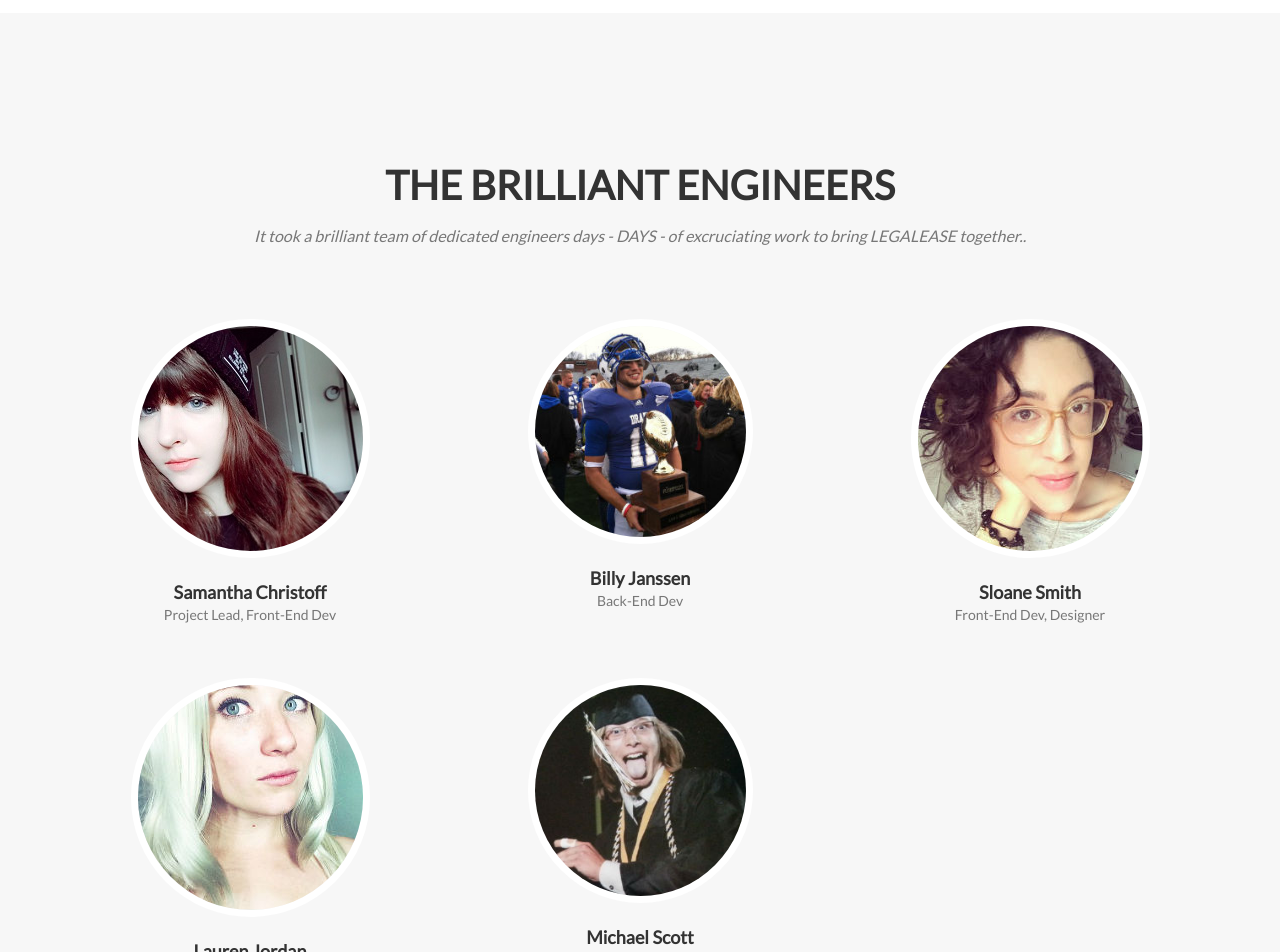
Repository: originalphoenix/LegalWeapon4
Page: index.html
The author's editor kept a record of every edit. The page is drawn from the files as they stood at one moment, then again after the next edit.
The browser window is 1280 px wide. The pictures show the part of the page from y = 3362 to 4314 px (the page is 5201 px tall).
A picture or video elsewhere on the page could not be fetched, so the positions and the page height are approximate. Some web fonts or font styles are not loaded; a fallback is used. Some web libraries are served in a nearby version.

Above is the page before.

After the next edit:
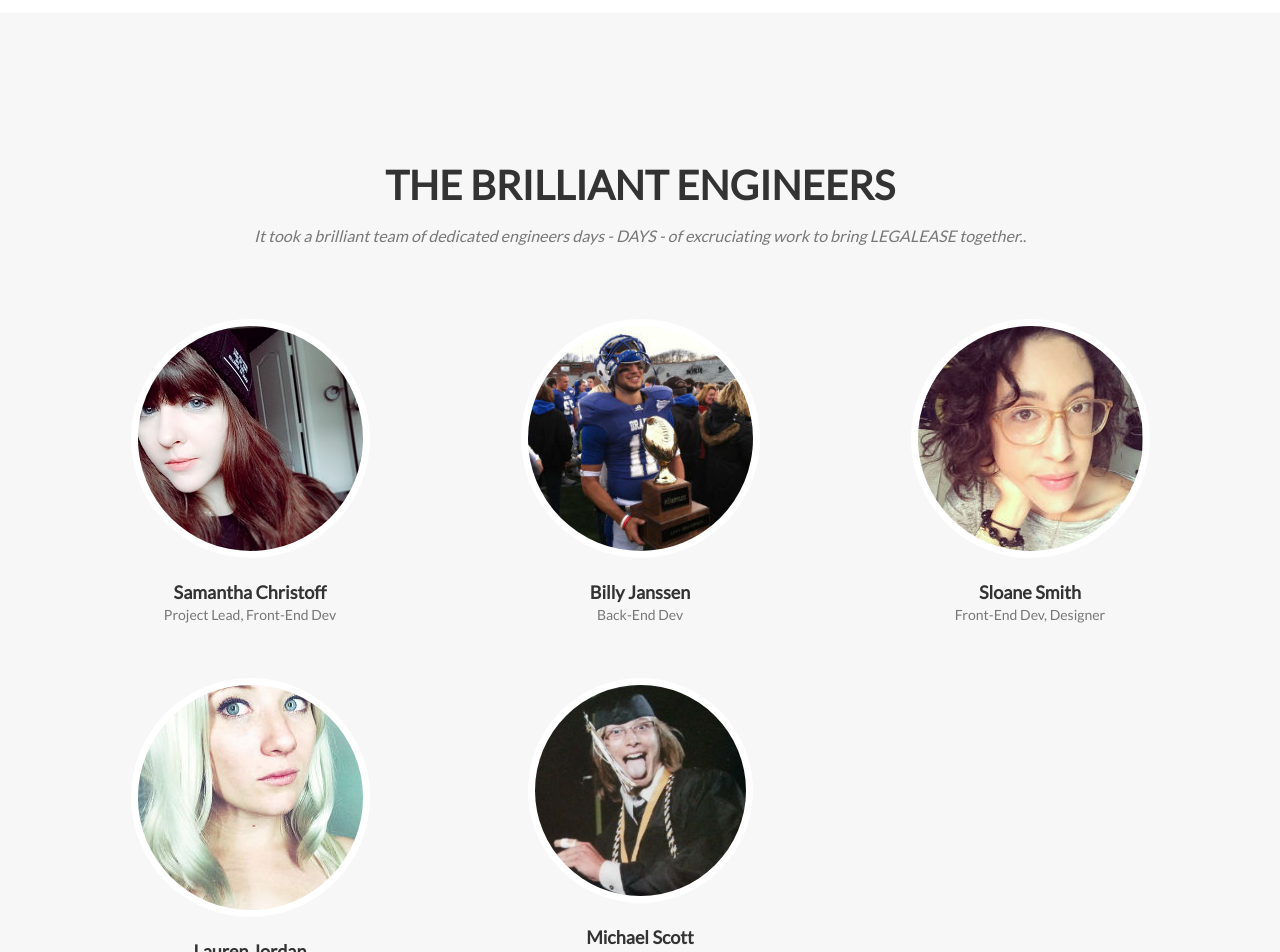
The edit:
--- a/index.html
+++ b/index.html
@@ -203,7 +203,7 @@
                 </div>
                 <div class="col-sm-4">
                     <div class="team-member">
-                        <img src="img/team/billy.jpg" width="225" height="225" class="img-responsive img-circle" alt="">
+                        <img src="img/team/billy.jpg" width="239" height="225" class="img-responsive img-circle" alt="">
                         <h4>Billy Janssen</h4>
                         <p class="text-muted">Back-End Dev</p>
                     </div>
